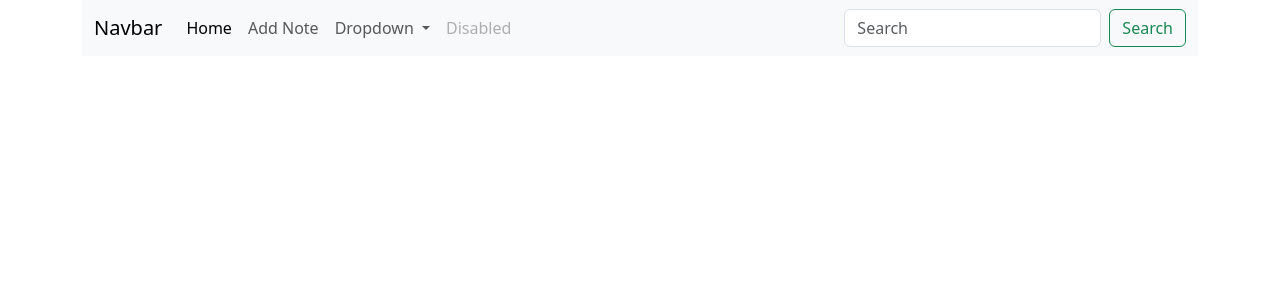
Repository: a-man-sheikh/NoteTaker
Page: http://localhost/NoteTaker/
An editor plug-in stored every save of this project. The page is shown before and after the next save, followed by the edit.
The browser window is 1280 px wide. The pictures show the whole page.
The page is served by Tomcat 9.

Above is the page before, as saved 2024-03-21 14:33:35.

After the next save:
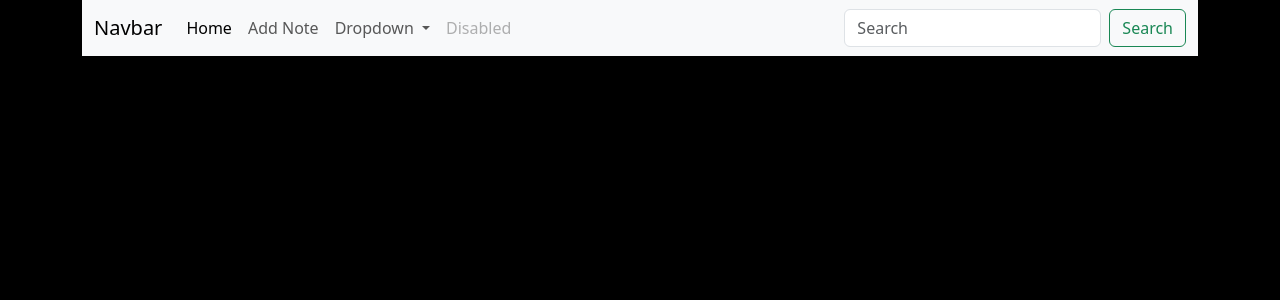
Saved 7 min 7 s later.
--- a/NoteTaker/src/main/webapp/index.jsp
+++ b/NoteTaker/src/main/webapp/index.jsp
@@ -5,6 +5,7 @@
     <meta name="viewport" content="width=device-width, initial-scale=1">
     <title>Bootstrap demo</title>
     <link href="https://cdn.jsdelivr.net/npm/bootstrap@5.3.3/dist/css/bootstrap.min.css" rel="stylesheet" integrity="sha384-QWTKZyjpPEjISv5WaRU9OFeRpok6YctnYmDr5pNlyT2bRjXh0JMhjY6hW+ALEwIH" crossorigin="anonymous">
+    <link href="css/style.css" rel="stylesheet"/>
   </head>
   <body>
   <div class="container">

After the save that followed:
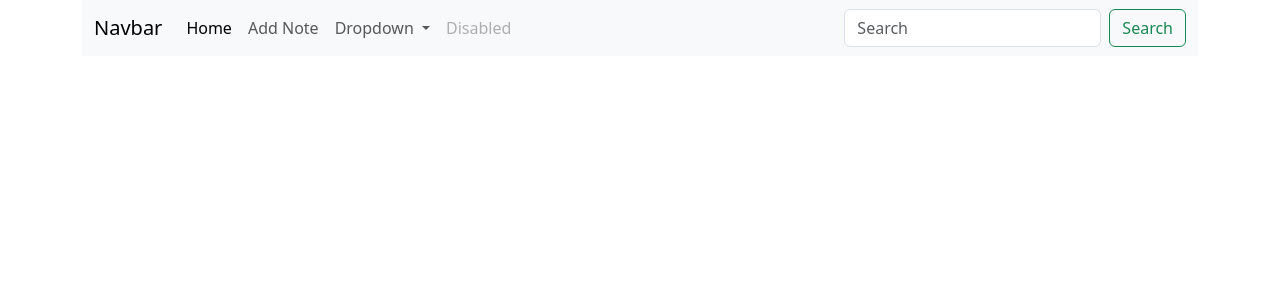
Saved 9 min 57 s later.
--- a/NoteTaker/src/main/webapp/css/style.css
+++ b/NoteTaker/src/main/webapp/css/style.css
@@ -1,3 +1,3 @@
-body{
-	background:black;
+.purple{
+	background:#3f51b5;
 }
